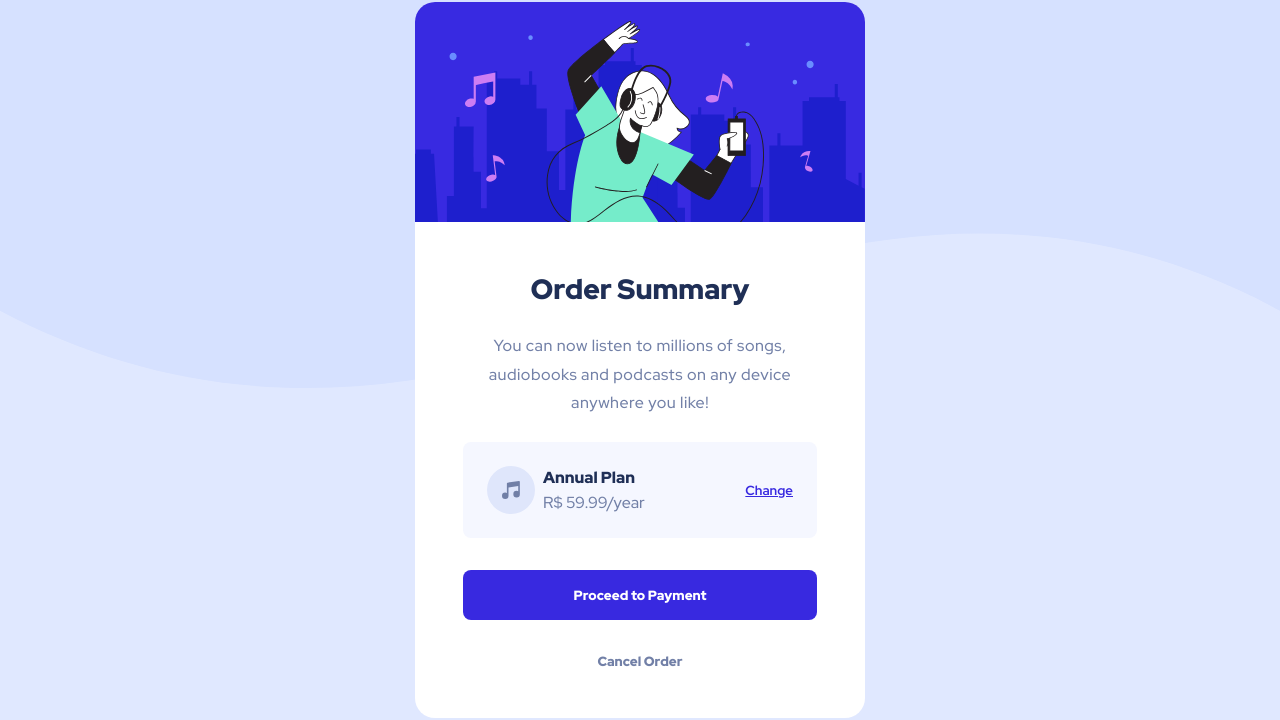
Repository: gccavalheiro/order-summary-card
Page: index.html
An editor plug-in stored every save of this project. The page is shown before and after the next save, followed by the edit.
The browser window is 1280 px wide. The pictures show the whole page.

Above is the page before, as saved 2021-12-17 02:50:15.

### index.html
<!DOCTYPE html>
<html lang="en">

<head>
  <meta charset="UTF-8" />
  <meta http-equiv="X-UA-Compatible" content="IE=edge" />
  <meta name="viewport" content="width=device-width, initial-scale=1.0" />
  <link rel="preconnect" href="https://fonts.googleapis.com">
  <link rel="preconnect" href="https://fonts.gstatic.com" crossorigin>
  <link href="https://fonts.googleapis.com/css2?family=Red+Hat+Display:wght@500;700;900&display=swap" rel="stylesheet">
  <link rel="icon" type="image/png" sizes="32x32" href="./images/favicon-32x32.png" />
  <title>Frontend Mentor | Order summary card</title>
  <link rel="stylesheet" href="./assets/css/main.css" />
</head>

<body>
  <main>
    <div class="card">
      <div class="card-header">
        <img src="./assets/images/illustration-hero.svg" alt="Illustration Woman">
      </div>
      <div class="card-body">
        <div class="card-info">
          <h1>Order Summary</h1>
          <p>You can now listen to millions of songs,
            audiobooks and podcasts on any device
            anywhere you like! </p>
        </div>
        <div class="card-plan">
          <div class="card-plan-detail">
            <div class="card-plan-icon-detail">
              <img src="./assets/images/icon-music.svg" alt="Icon Music" />
            </div>
            <div class="card-plan-info-detail">
              <h2>Annual Plan</h2>
              <p>R$ 59.99/year</p>
            </div>
          </div>
          <button class="card-plan-button">Change</button>
        </div>
        <button class="card-button-payment">Proceed to Payment</button>
        <button class="card-button-cancel">Cancel Order</button>
      </div>
    </div>
  </main>
</body>

</html>

### assets/css/main.css
:root {
  --primary-pale-blue: hsl(225, 100%, 94%);
  --secondary-bright-blue: hsl(245, 75%, 52%);
  --very-pale-blue:hsl(225, 100%, 98%);
  --desaturated-blue: hsl(224, 23%, 55%);
  --dark-blue: hsl(223, 47%, 23%);
  --variant-blue: hsl(245, 83%, 68%);
  --white: hsl(0, 0%, 100%);
}

* {
  margin: 0;
  padding: 0;
  outline: 0;
  box-sizing: border-box;
  text-rendering: optimizeLegibility;
  -webkit-font-smoothing: antialiased;
  -moz-osx-font-smoothing: grayscale;
}

body {
  font-family: 'Red Hat Display', sans-serif;
  font-size: 1rem;
  background-color: var(--primary-pale-blue);
  background-image: url('../images/pattern-background-mobile.svg');
  background-repeat: no-repeat;
  background-position: top center;
  background-size: contain;
}

img {
  width: 100%;
}

button {
  font-family: 'Red Hat Display', sans-serif;
  border: 0;
  cursor: pointer;
  background-color: transparent;
}

main {
  display: flex;
  align-items: center;
  justify-content: center;
  width: 100%;
  height: 100vh;
  padding: 0 20px;
}

.card {
  display: flex;
  flex-direction: column;
  width: 100%;
  max-width: 450px;
  border-radius: 20px;
  background-color: var(--white);
}

.card-header {
  width: 100%;
  border-top-left-radius: 20px;
  border-top-right-radius: 20px;
  overflow: hidden;
  line-height: 0;
}

.card-body {
  display: flex;
  flex-direction: column;
  align-items: center;
  padding: 20px;
}

.card-info {
  display: flex;
  flex-direction: column;
  align-items: center;
  text-align: center;
}

.card-info h1{
  font-size: 1.75rem;
  color: var(--dark-blue);
  font-weight: 900;
}

.card-info p{
  font-size: 1rem;
  color: var(--desaturated-blue);
  font-weight: 500;
  letter-spacing: 0.03em;
  line-height: 1.8;
  margin: 24px 0;
}

.card-plan {
  display: flex;
  flex-direction: column;
  align-items: center;
  justify-content: space-between;
  width: 100%;
  background-color: var(--very-pale-blue);
  padding: 20px;
  border-radius: 8px;
}

.card-plan-detail {
  display: flex;
  align-items: center;
}

.card-plan-icon-detail {
  width: 48px;
  height: 48px;
  min-width: 48px;
  min-height: 48px;
  border-radius: 50%;
  margin-right: 8px;
}

.card-plan-icon-detail img {
  object-fit: cover;
}

.card-plan-info-detail {
  display: flex;
  flex-direction: column;
}

.card-plan-info-detail h2, .card-plan-info-detail p {
  font-size: 1rem;
}
.card-plan-info-detail h2 {
  font-weight: 900;
  color: var(--dark-blue);
  margin-bottom: 4px;
}

.card-plan-info-detail p {
  color: var(--desaturated-blue);
  font-size: 700;
}

.card-plan-button {
  font-size: .825rem;
  color: var(--secondary-bright-blue);
  background-color: transparent;
  text-decoration: underline;
  font-weight: 700;
  border: 0;
  transition: .3s;
  margin-top: 20px;
}

.card-plan-button:hover {
  color: var(--variant-blue);
}

.card-button-payment{
  font-weight: 900;
  padding: 16px 0;
  width: 100%;
  color: var(--white);
  background-color: var(--secondary-bright-blue);
  border-radius: 8px;
  margin: 32px 0;
}

.card-button-payment:hover {
  background-color: var(--variant-blue);
}

.card-button-cancel{
  font-weight: 900;
  color: var(--desaturated-blue);
}

.card-button-cancel:hover {
  color: var(--dark-blue);
}



footer {
  display: flex;
  align-items: center;
  justify-content: center;
  position: fixed;
  left: 0;
  bottom: 0;
  width: 100%;
  background-color: var(--very-darkblue-card-bg);
  padding: 28px 0;
  color: var(--primary-soft-blue);
  text-align: center;
  line-height: 23px;

}

footer p {
  padding: 0 20px;
}

@media screen and (min-width: 374.9px) {
 .card-plan {
    flex-direction: row;
  }

  .card-plan-button {
    margin-top: 0;
  }

  footer p {
    padding: 0;
  }
}

@media screen and (min-width: 767.9px) {
  body {
    background-image: url('../images/pattern-background-desktop.svg');
  }

  main {
    padding: 0;
  }

  .card-body {
    padding: 48px;
  }

  .card-plan {
    padding: 24px;
  }
}

After the next save:
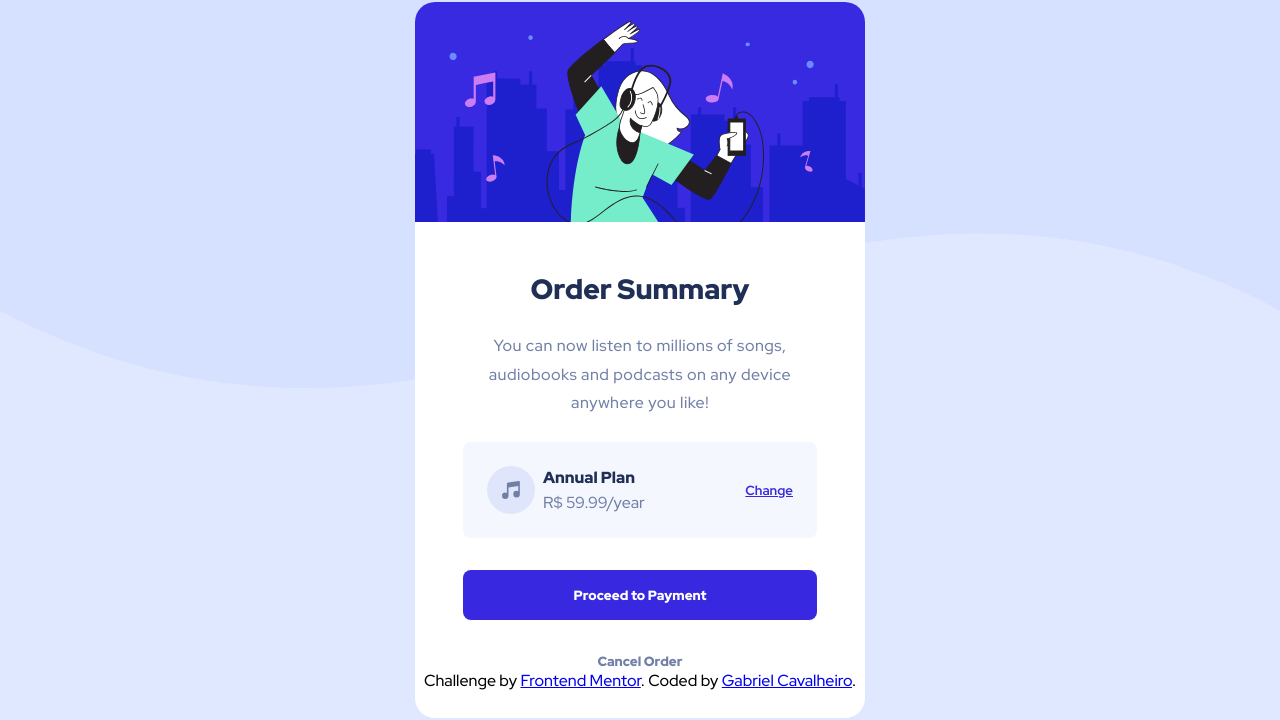
Saved 13 s later.
--- a/index.html
+++ b/index.html
@@ -43,6 +43,13 @@
       </div>
     </div>
   </main>
+
+  <footer>
+    <p>
+      Challenge by <a href="https://www.frontendmentor.io?ref=challenge" target="_blank">Frontend Mentor</a>.
+      Coded by <a href="https://github.com/gccavalheiro">Gabriel Cavalheiro</a>.
+    </p>
+  </footer>
 </body>
 
 </html>
